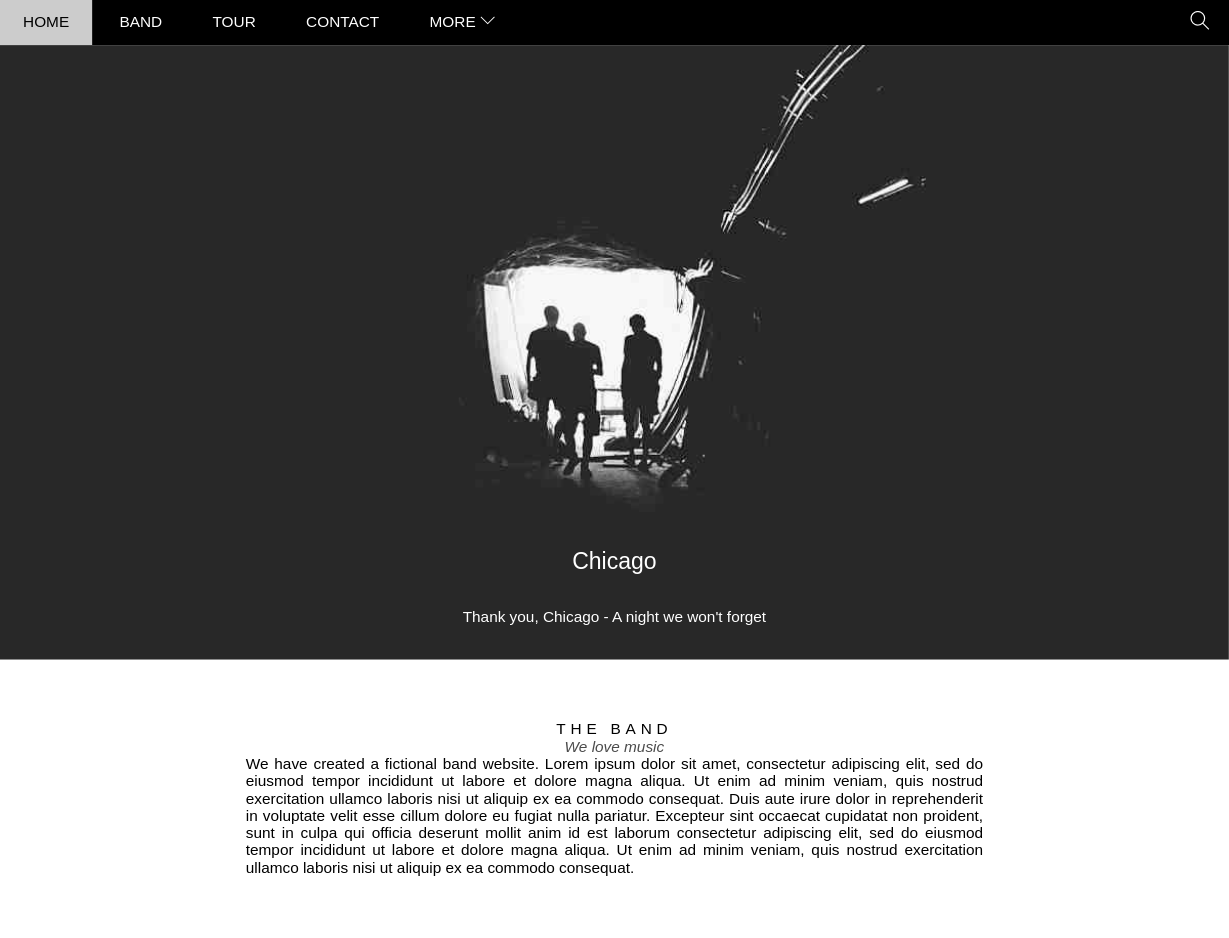
Repository: thanhsonnguyen-gif/f8-learn
Page: projectDemoTheBand/index.html
These files come from the project's save history. The page is drawn as it stood at one moment and after the next save; the edit follows.
The browser window is 1280 px wide. The pictures show the whole page, at 96% of full size.

Above is the page before, as saved 2022-06-24 17:48:57.

After the next save:
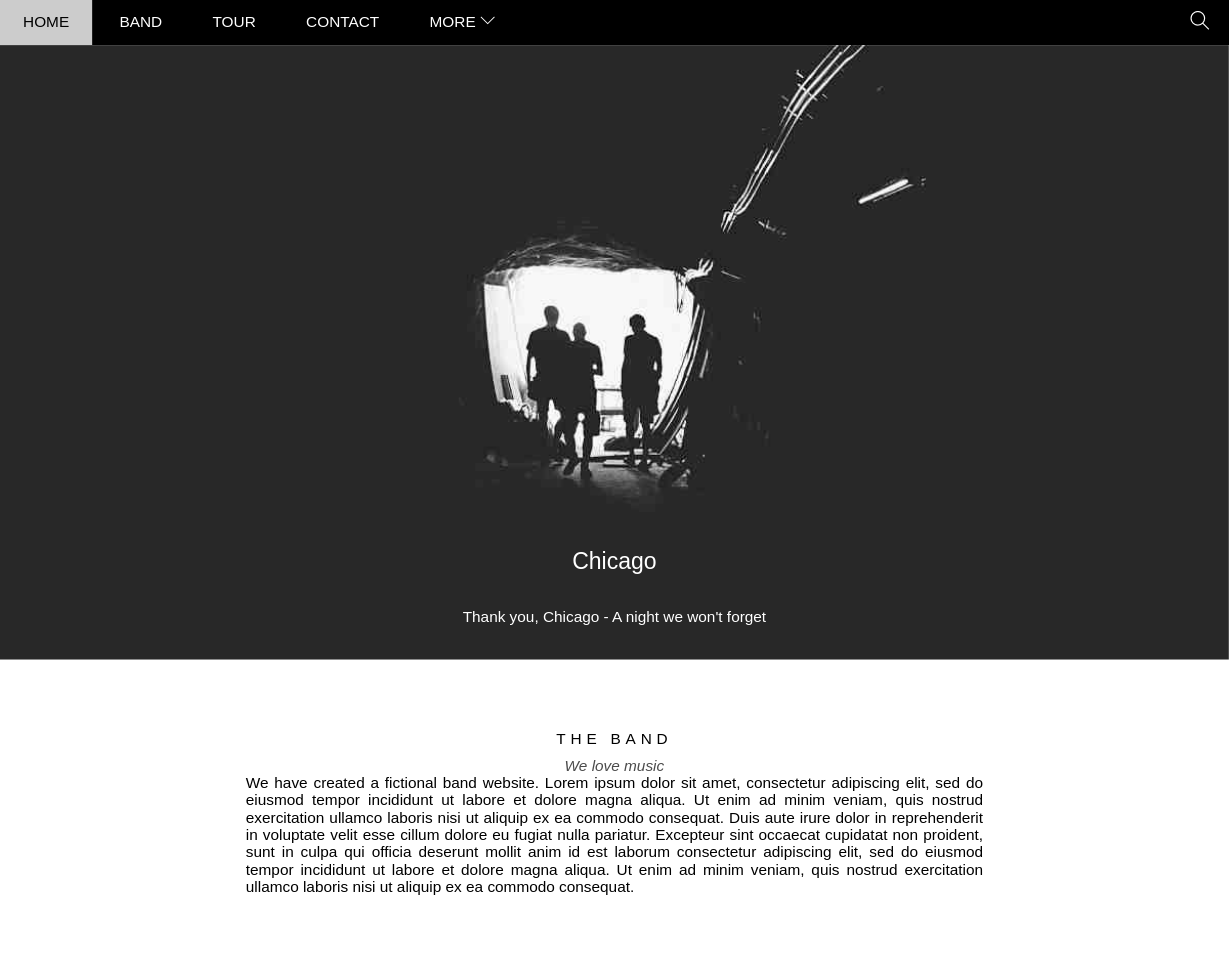
Saved 28 s later.
--- a/projectDemoTheBand/assets/css/style.css
+++ b/projectDemoTheBand/assets/css/style.css
@@ -126,6 +126,7 @@ padding: 64px 16px;
 .heading{
 text-align: center;
 letter-spacing: 5px;
+margin: 10px 0;
 }
 
 .sub-heading{
